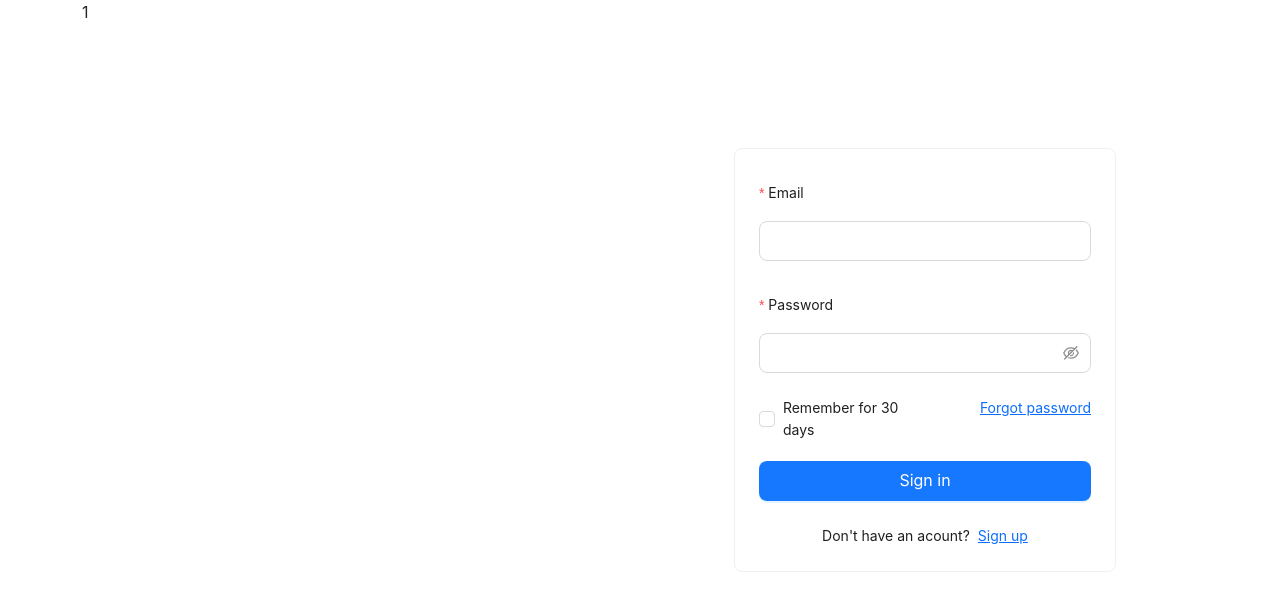
Repository: di-huynh-dev/kanban-inventory-management
Page: /
The author's editor kept a copy of each file at every save. The page is drawn from the files as they stood at one save, then again after the next save.
The browser window is 1280 px wide. The pictures show the whole page.
The project was rebuilt for these pictures with package versions that can differ from the ones it lists, and the page was loaded fresh each time. Also part of the build but not shown: src/App.css, src/pages/auth/SignUp.tsx, src/routers/MainRouter.tsx.

Above is the page before, as saved 2024-09-07 12:20:55.

After the next save:
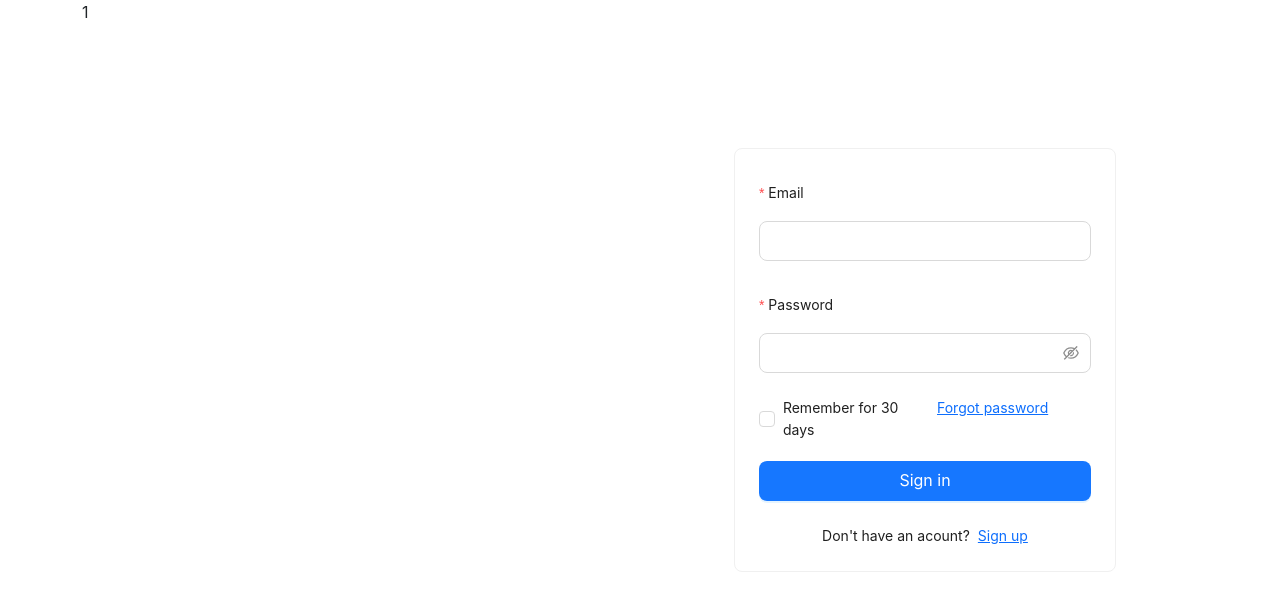
Saved 25 s later.
--- a/src/pages/auth/Login.tsx
+++ b/src/pages/auth/Login.tsx
@@ -51,7 +51,7 @@
                 Remember for 30 days
               </Checkbox>
             </div>
-            <div className="col" style={{ textAlign: 'right' }}>
+            <div className="col text-right">
               <Link to={'/'}>Forgot password</Link>
             </div>
           </div>

After the save that followed:
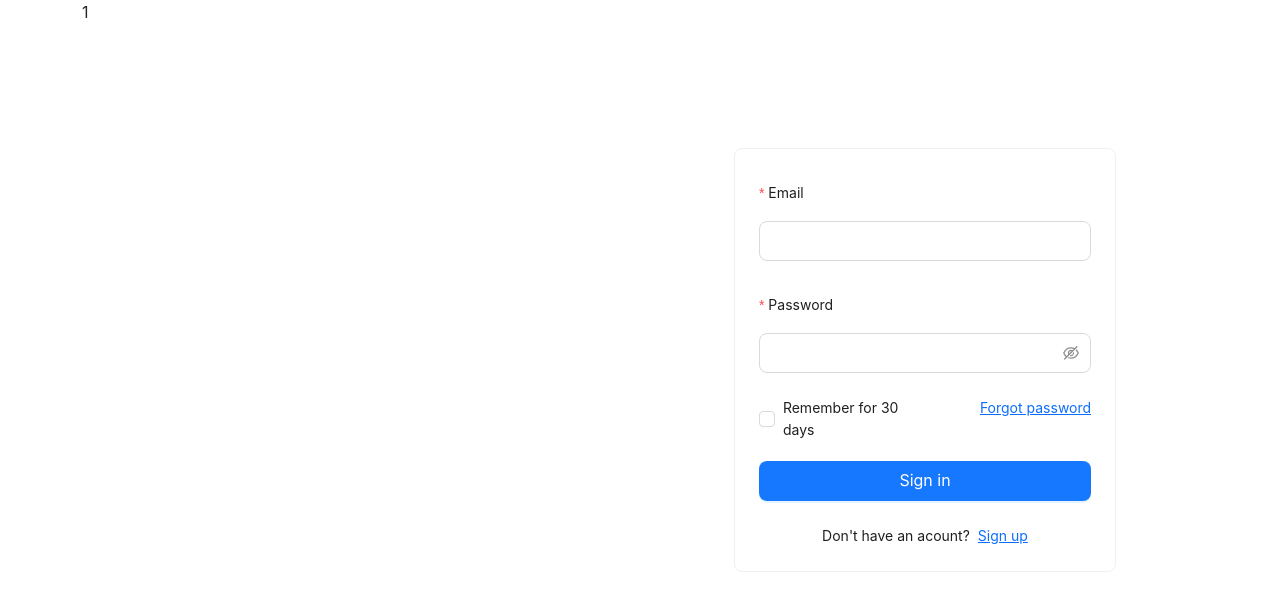
Saved 7 s later.
--- a/src/pages/auth/Login.tsx
+++ b/src/pages/auth/Login.tsx
@@ -51,7 +51,7 @@
                 Remember for 30 days
               </Checkbox>
             </div>
-            <div className="col text-right">
+            <div className="col" style={{ textAlign: 'right' }}>
               <Link to={'/'}>Forgot password</Link>
             </div>
           </div>
